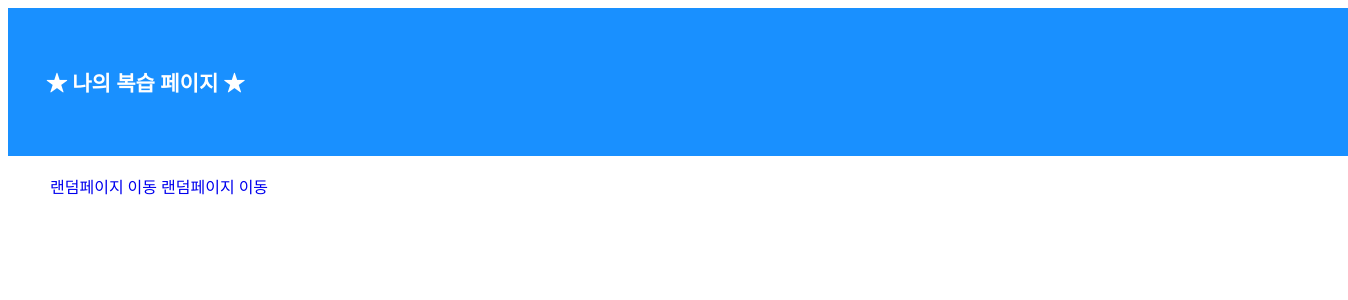
Repository: kkh1396/kh_front
Page: 05_server/99_practice/src/main/webapp/index.html
These files come from the project's save history. The page is drawn as it stood at one moment and after the next save; the edit follows.
The browser window is 1280 px wide. The page is 1348 px wide, so the pictures cover 1348 px, including what lies to the right of the window. The pictures show the whole page.

Above is the page before, as saved 2025-03-20 08:45:32.

After the next save:
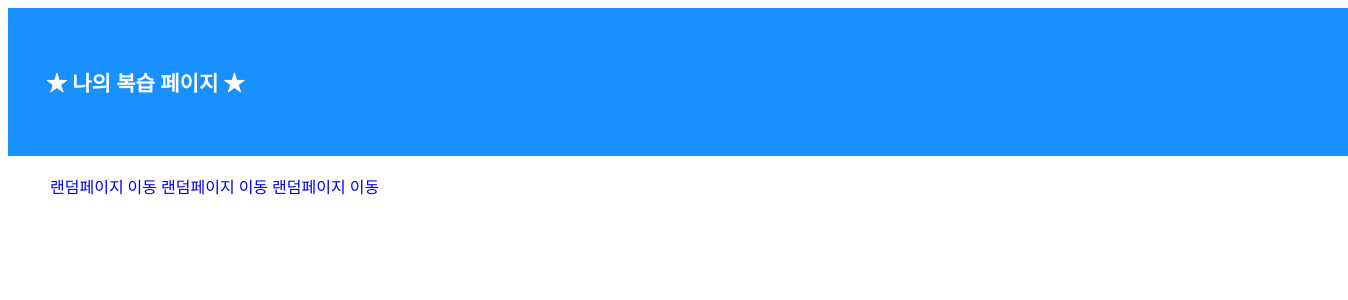
Saved 15 h 30 min later.
--- a/05_server/99_practice/src/main/webapp/index.html
+++ b/05_server/99_practice/src/main/webapp/index.html
@@ -27,6 +27,8 @@
 			 <!-- 절대 경로 지정시 -->
 			 <li><a href="/practice/views/practice1_random.html" >랜덤페이지 이동</a><l/i>
 
+
+			 <li><a href="/practice/viewss/practice1_random.html" >랜덤페이지 이동</a><l/i>
 		</ul>
 	</nav>
 </body>
